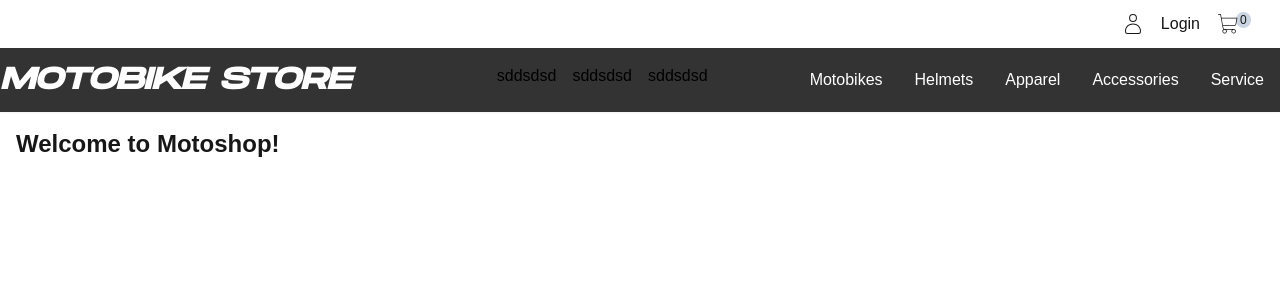
Repository: Than-sothearak/next-motoshop
Page: /
The author's editor kept a copy of each file at every save. The page is drawn from the files as they stood at one save, then again after the next save.
The browser window is 1280 px wide. The pictures show the whole page.
The project was rebuilt for these pictures with package versions that can differ from the ones it lists, and the page was loaded fresh each time. The framework's server and built-in components were replaced by stand-ins that run in the browser. Also part of the build but not shown: next.config.mjs.

Above is the page before, as saved 2024-10-10 21:36:20.

### app/layout.js
import localFont from "next/font/local";
import "./globals.css";
import Navbar from "./components/Navbar";

export const metadata = {
  title: "Create Next App",
  description: "Generated by create next app",
};

export default function RootLayout({ children }) {
  return (
    <html lang="en">
      <body

      >
        <Navbar />
        {children}
      </body>
    </html>
  );
}

### app/page.js
export default function Home() {
  return (
    <div className="p-4">
    <h1 className="text-2xl font-bold">Welcome to Motoshop!</h1>
    {/* Product listing here */}
  </div>
  );
}

### app/components/Navbar.js
"use client";
import { PiShoppingCartThin } from "react-icons/pi";
import { CiUser } from "react-icons/ci";
import { usePathname } from "next/navigation";
const links = [
  { title: "Motobikes", link: "/motobike" },
  {
    title: "Helmets",
    link: "/helmets",
    subLink: [{ title: "Fullface", link: "/helmets/fullface" }],
  },
  { title: "Apparel", link: "/apparel" },
  { title: "Accessories", link: "/accessories" },
  { title: "Service", link: "/service" },
];
export default function Navbar() {
  const partName = usePathname();
  console.log(partName);
  return (
    <>
      <div className="flex gap-4 h-12 justify-end px-10 items-center">
        <CiUser size={24} className="cursor-pointer" />
        Login
        <div>
          <div className="relative">
            <p className="absolute bg-slate-300 text-xs rounded-full px-1 left-5">
              0
            </p>
          </div>
          <PiShoppingCartThin size={24} className="relative cursor-pointer" />
        </div>
      </div>
      <nav className="mx-auto text-black bg-black/80 flex justify-between relative">
        <div className="container mx-auto flex justify-between items-center">
          <div className="h-16 flex justify-center items-center">
            <a
              href="/"
              className="italic font-bold text-3xl font-monument text-white uppercase"
            >
              Motobike store
            </a>
          </div>

          <div className="flex text-white">
            {links.map((link) => (
              <div
                key={link.title}
                className={`${
                  partName === link.link ? "bg-black underline" : ""
                } flex gap-4 h-16 px-4 justify-center items-center`}
              >
                <a href={link.link} className="cursor-pointer hover:underline">
                  <h3>{link.title} </h3>
                </a>
              </div>
            ))}
          </div>
        </div>

      <div className="container mx-auto shadow-sm p-4 h-16 justify-center flex absolute z-20">
        <div>
          <ul className="grid grid-cols-4 gap-4">
            <a>sddsdsd</a>
            <a>sddsdsd</a>
            <a>sddsdsd</a>
          </ul>
        </div>
      </div>
      </nav>

    </>
  );
}

Loaded but not shown: app/globals.css (common file); tailwind.config.js (common file)

After the next save:
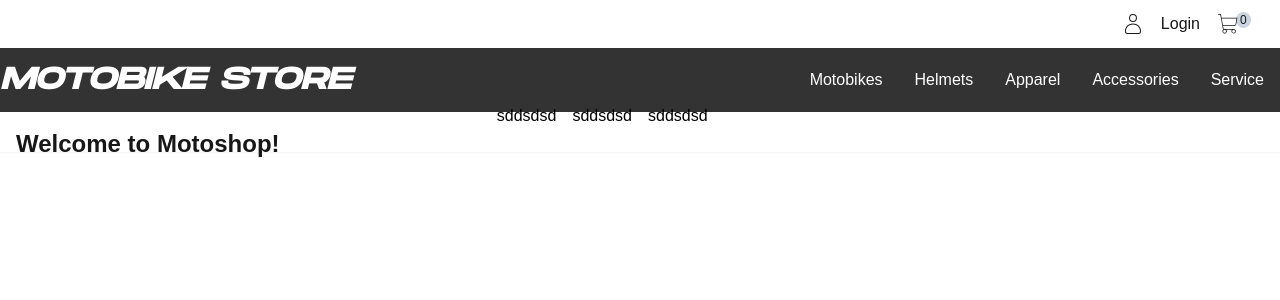
Saved 7 s later.
--- a/app/components/Navbar.js
+++ b/app/components/Navbar.js
@@ -57,7 +57,7 @@ export default function Navbar() {
           </div>
         </div>
 
-      <div className="container mx-auto shadow-sm p-4 h-16 justify-center flex absolute z-20">
+      <div className="container mx-auto shadow-sm p-4 h-16 justify-center flex absolute z-20 top-10">
         <div>
           <ul className="grid grid-cols-4 gap-4">
             <a>sddsdsd</a>
